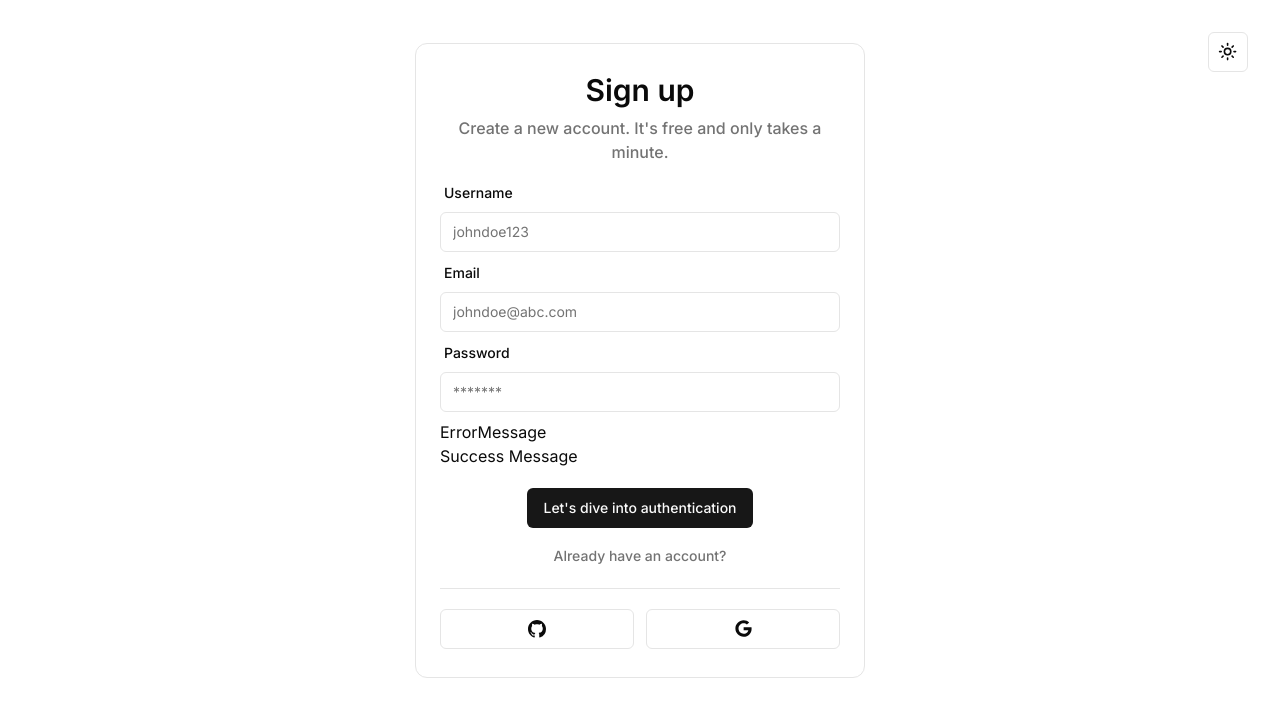
Repository: nickgoel31/authentication-toolkit
Page: /sign-up
These files come from the project's save history. The page is drawn as it stood at one moment and after the next save; the edit follows.
The browser window is 1280 px wide. The pictures show the whole page.
The project was rebuilt for these pictures with package versions that can differ from the ones it lists, and the page was loaded fresh each time. The framework's server and built-in components were replaced by stand-ins that run in the browser. Also part of the build but not shown: next.config.mjs.

Above is the page before, as saved 2024-02-04 18:05:48.

After the next save:
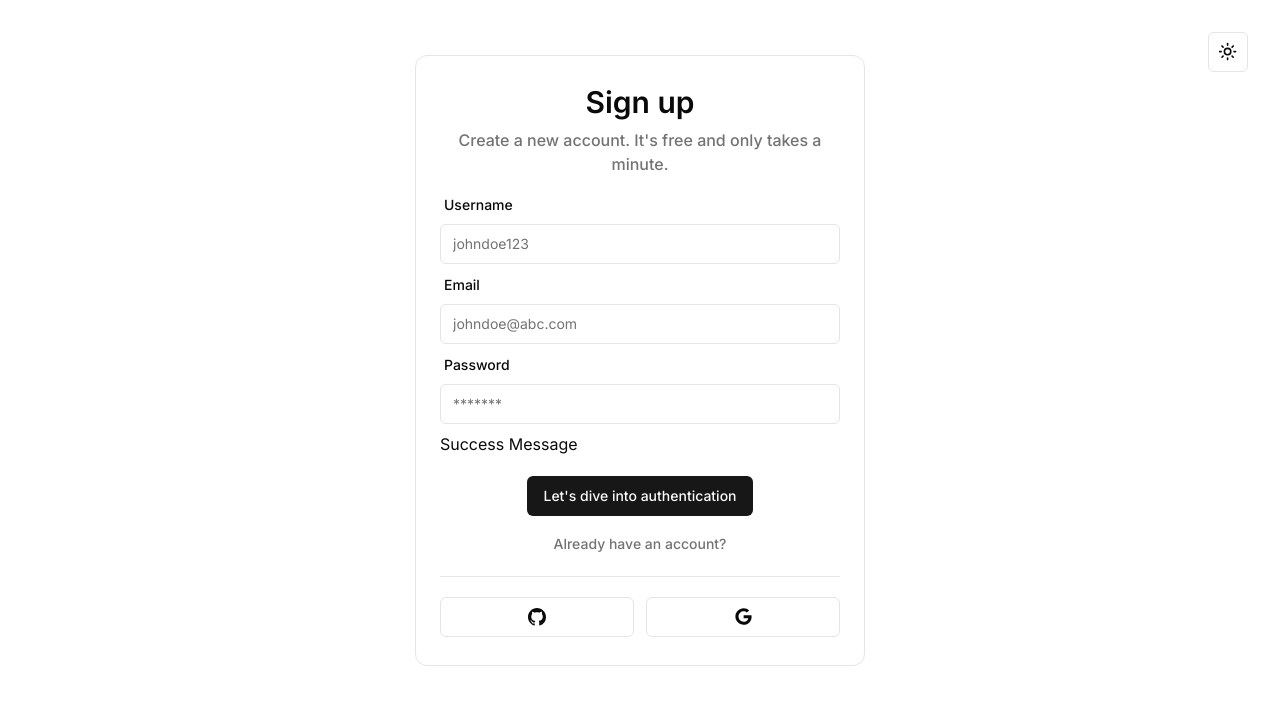
Saved 13 s later.
--- a/components/auth/error-message.tsx
+++ b/components/auth/error-message.tsx
@@ -2,7 +2,9 @@
 
 const ErrorMessage = () => {
   return (
-    <div>ErrorMessage</div>
+    <div className='w-full '>
+
+    </div>
   )
 }
 

After the save that followed:
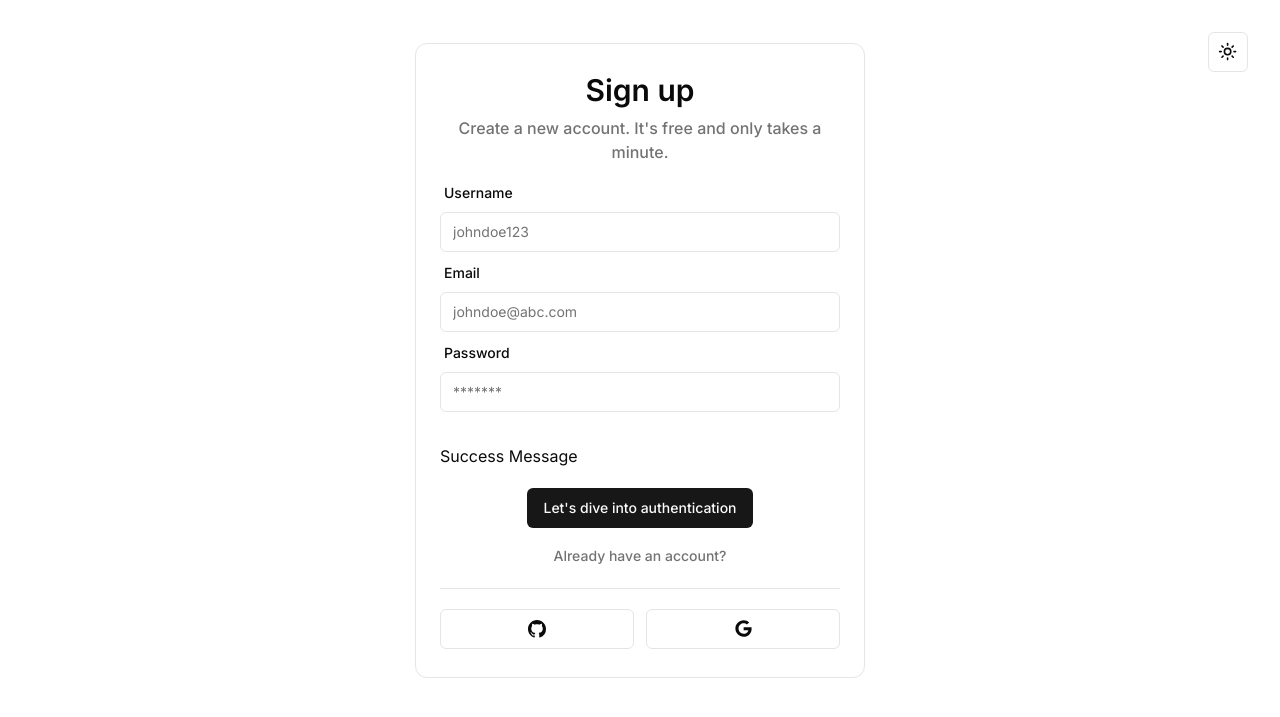
Saved 6 s later.
--- a/components/auth/error-message.tsx
+++ b/components/auth/error-message.tsx
@@ -2,7 +2,7 @@
 
 const ErrorMessage = () => {
   return (
-    <div className='w-full '>
+    <div className='w-full p-3'>
 
     </div>
   )
